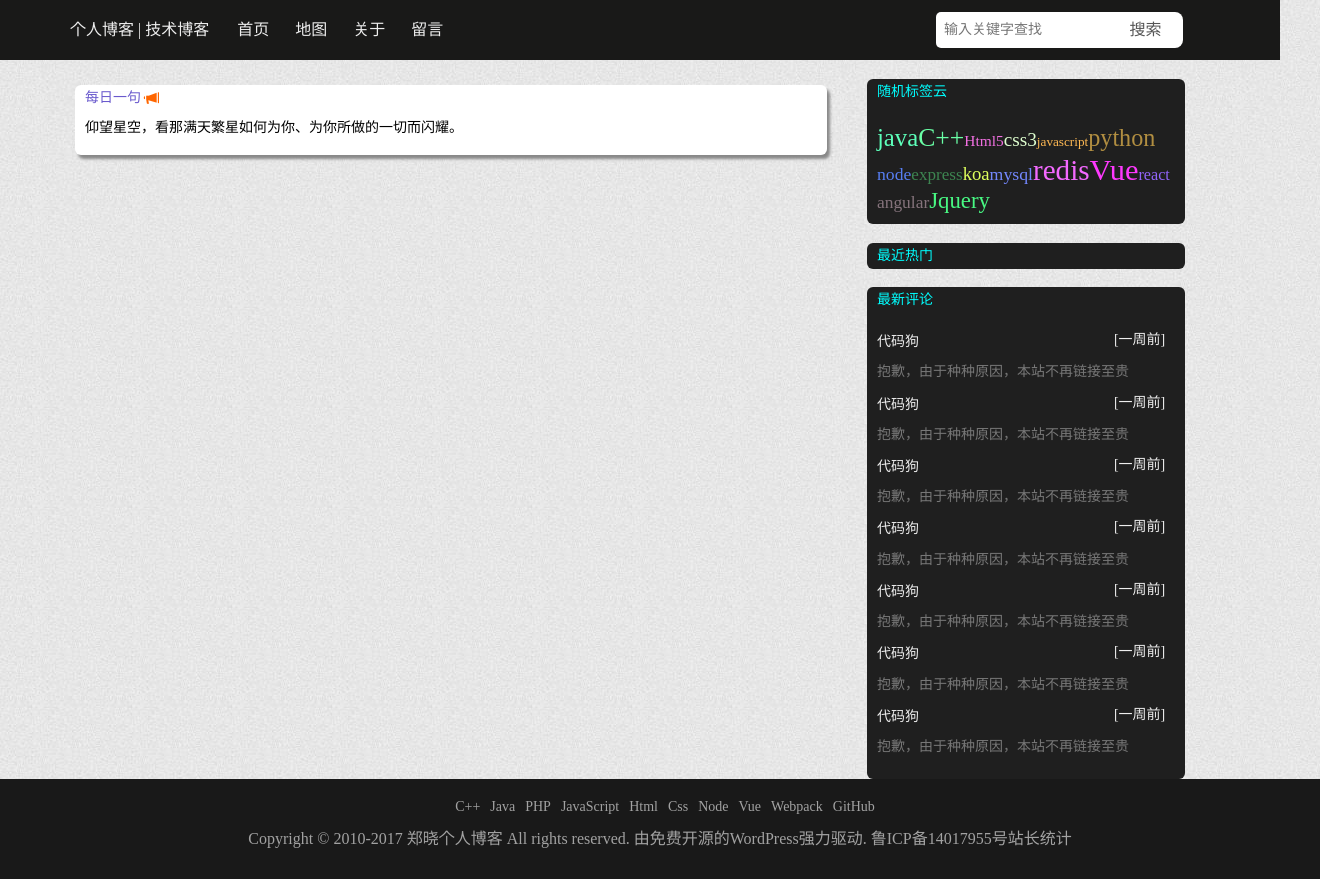
Repository: li1214/my_blog
Page: page/index.html
These files come from the project's save history. The page is drawn as it stood at one moment and after the next save; the edit follows.
The browser window is 1280 px wide. The page is 1320 px wide, so the pictures cover 1320 px, including what lies to the right of the window. The pictures show the whole page.
The page's requests for data from a server got no answer.

Above is the page before, as saved 2019-01-08 16:45:58.

### page/index.html
<!DOCTYPE html>
<html lang="en">
  <head>
    <meta charset="UTF-8" />
    <meta name="viewport" content="width=device-width, initial-scale=1.0" />
    <meta http-equiv="X-UA-Compatible" content="ie=edge" />
    <title>个人博客</title>
    <link href="./css/base.css" rel="stylesheet" type="text/css" />
    <link href="./css/index.css" rel="stylesheet" type="text/css" />
    <script src='./js/vue.js'></script>
    <script src='./js/axios.min.js'></script>
  </head>
  <body>
    <header>
      <div class="container">
        <a>个人博客 | 技术博客</a>
        <ul>
          <li><a href="">首页</a></li>
          <li><a href="">地图</a></li>
          <li><a href="">关于</a></li>
          <li><a href="">留言</a></li>
        </ul>
        <div class="search">
          <input type="text" placeholder="输入关键字查找" />
          <button>搜索</button>
        </div>
      </div>
    </header>
    <div class="content">
      <div class="content-left">
        <div class="every-day" id='every_day'>
          <span>每日一句</span>
          <p v-html='content'></p>
        </div>
        <div class="blog-list" id='blogList'>
          <div class="blog" v-for='item in list' :key='item.id'>
            <a><h3>{{item.title}}</h3></a>
            <p>{{item.content}}</p>
            <div class="blog-foot">
              发布于{{item.ctime}} | 浏览({{item.views}}) | Tags：{{item.tags | tagfliter}}</template>
            </div>
          </div>
        </div>
      </div>
      <div class="content-right" id='random_tags' >
        <div class="right-box">
          <h4 :style='{color:color}'>随机标签云</h4>
          <div class="contents">
            <a v-for = 'tag in tags' v-bind:style='{color:randomColor(),fontSize:randomSize()}'>{{tag}}</a>
          </div>
        </div>
        <div class="right-box" style="padding-bottom: 0;">
          <h4 :style='{color:color}'>最近热门</h4>
          {{msg}}
          <div class="contents">
            <ul class="list-group">
              <li class="list-group-item" v-for='item in hots' :key='item.id'>
                <a :href="item.link"
                  >{{item.title}}</a
                >
              </li>

            </ul>
          </div>
        </div>
        <div class="right-box">
          <h4 :style='{color:color}'>最新评论</h4>
          <div class="contents">
            <div class='item' v-for ='item in comments'>
                <div class='item-title'>
                    <span>{{item.name}}</span>
                    <span class='spanr'>[{{item.date}}]</span>
                </div>
                <p class='item-comtebt'>
                    {{item.text}}
                </p>
            </div>

          </div>
        </div>
      </div>
    </div>
    <footer>
        <ul>
            <li>C++</li>
            <li>Java</li>
            <li>PHP</li>
            <li>JavaScript</li>
            <li>Html</li>
            <li>Css</li>
            <li>Node</li>
            <li>Vue</li>
            <li>Webpack</li>
            <li>GitHub</li>
        </ul>
        <p>Copyright © 2010-2017 郑晓个人博客 All rights reserved. 由免费开源的WordPress强力驱动. 鲁ICP备14017955号站长统计</p>
    </footer>
    <script src='./js/index.js'></script>
    <script src='./js/base.js'></script>
  </body>
</html>

### page/css/base.css
html {line-height: 1.15; /* 1 */-webkit-text-size-adjust: 100%; /* 2 */}
body {margin: 0;}
@font-face{
    font-family: 'myicon';
    src: url('../font/glyphicons-halflings-regular.woff2')
}
ul{padding: 0}
main {
  display: block;
}
h1 {
  font-size: 2em;
  margin: 0.67em 0;
}
hr {
  box-sizing: content-box; /* 1 */
  height: 0; /* 1 */
  overflow: visible; /* 2 */
}
pre {
  font-family: monospace, monospace; /* 1 */
  font-size: 1em; /* 2 */
}
a {
  background-color: transparent;
}
abbr[title] {
  border-bottom: none; /* 1 */
  text-decoration: underline; /* 2 */
  text-decoration: underline dotted; /* 2 */
}
b,
strong {
  font-weight: bolder;
}
code,
kbd,
samp {
  font-family: monospace, monospace; /* 1 */
  font-size: 1em; /* 2 */
}
small {
  font-size: 80%;
}
sub,
sup {
  font-size: 75%;
  line-height: 0;
  position: relative;
  vertical-align: baseline;
}
sub {
  bottom: -0.25em;
}
sup {
  top: -0.5em;
}
img {
  border-style: none;
}
button,
input,
optgroup,
select,
textarea {
  font-family: inherit; /* 1 */
  font-size: 100%; /* 1 */
  line-height: 1.15; /* 1 */
  margin: 0; /* 2 */
}
button,
input { /* 1 */
  overflow: visible;
}
button,
select { /* 1 */
  text-transform: none;
}
button,
[type="button"],
[type="reset"],
[type="submit"] {
  -webkit-appearance: button;
}
button::-moz-focus-inner,
[type="button"]::-moz-focus-inner,
[type="reset"]::-moz-focus-inner,
[type="submit"]::-moz-focus-inner {
  border-style: none;
  padding: 0;
}
button:-moz-focusring,
[type="button"]:-moz-focusring,
[type="reset"]:-moz-focusring,
[type="submit"]:-moz-focusring {
  outline: 1px dotted ButtonText;
}
fieldset {
  padding: 0.35em 0.75em 0.625em;
}
legend {
  box-sizing: border-box; /* 1 */
  color: inherit; /* 2 */
  display: table; /* 1 */
  max-width: 100%; /* 1 */
  padding: 0; /* 3 */
  white-space: normal; /* 1 */
}
progress {
  vertical-align: baseline;
}
textarea {
  overflow: auto;
}

[type="checkbox"],
[type="radio"] {
  box-sizing: border-box; /* 1 */
  padding: 0; /* 2 */
}
[type="number"]::-webkit-inner-spin-button,
[type="number"]::-webkit-outer-spin-button {
  height: auto;
}

[type="search"] {
  -webkit-appearance: textfield; /* 1 */
  outline-offset: -2px; /* 2 */
}

[type="search"]::-webkit-search-decoration {
  -webkit-appearance: none;
}
::-webkit-file-upload-button {
  -webkit-appearance: button; /* 1 */
  font: inherit; /* 2 */
}
details {
  display: block;
}
summary {
  display: list-item;
}
template {
  display: none;
}
[hidden] {
  display: none;
}
a{text-decoration: none;}
/* ========================================================== css reset ========================================================== */

body {
    width: 100%;
    height: 100%;
    background-image: url(../image/bg.jpg);
    background-repeat: repeat;
    overflow-x: hidden;
}

header{
    width: 100%;
    height: 60px;
    background-color: #191918;
}
header .container {
    width:1170px;
    height: 100%;
    margin: 0 auto;
}
header .container>a{
    display: block;
    float: left;
    color: #eee;
    line-height: 60px;
    margin: 0 15px;
    font-size: 16px;
}
header .container>ul{
    float: left;
    margin: 0;
    padding: 0;
}
header .container>ul>li{
    display: inline-block;
    float: left;
}
header .container>ul>li a{
    color: #eee;
    display: inline-block;
    height: 60px;
    width: 58px;
    line-height: 60px;
    text-align: center;
}
header .container .search{
    float: right;
    height: 100%;
    position: relative;
    right: 117px;
}
header .container .search>input{
    display: inline-block;
    position: absolute;
    height: 26px;
    padding: 5px 8px;
    border-radius: 5px;
    border:none;
    outline: none;
    font-size: 14px;
    margin-top: 12px;
    left: -172px;
}
header .container .search > button{
    outline: none;
    display: inline-block;
    position: absolute;
    width: 75px;
    height: 36px;
    padding: 5px 10px;
    border-radius: 8px;
    margin-top: 12px;
    cursor: pointer;
    color: #555;
    background-color: white;
    border: none;
}
/* ============================================================== header end ===================================================================== */
.content {
    width: 1170px;
    margin: 0 auto;
    position: relative;
    overflow: hidden;
}
.content .content-left{
    float: left;
    width: 66%;
    box-sizing: border-box;
    padding: 0 20px;
}
.content .content-right{
    float: right;
    width: 34%;
    box-sizing: border-box;
}
.right-box{
    background-color: #1f1f1f;
    margin-top: 20px;
    width: 80%;
    margin: 0 auto;
    box-sizing: border-box;
    border-radius: 6px;
    padding-bottom: 10px;
}
.right-box>h4 {
    color: #f4f4f4;
    font-weight: normal;
    padding: 5px 10px;
    font-size: 14px;
}
.right-box .contents{
    color: #eee;
    padding: 0 10px 0px 10px;
}
/* .right-box .contents a::after{
    display: block;
    content: '';
    overflow: hidden;
    clear: both;
    position: absolute;
} */
.right-box .contents>a{
    display: inline-block;
}
.right-box .contents li{
    width: 100%;
    list-style: none;
    white-space:nowrap;
    overflow: hidden;
   text-overflow: ellipsis;
    border-top:1px solid #555;
}
.right-box .contents li a{
    font-size: 14px;
    display: inline-block;
    color: #eee;
    padding: 10px 0;
    transition: color 0.5s;
}
.right-box .contents li a:hover{
  color: #337ab7;
}
.right-box .item .item-title{position: relative;}
.right-box .item .item-title span{display: inline-block;font-size: 14px;font-weight: normal;}
.right-box .item .item-title span.spanr{
    position: absolute;
    right: 10px;
}
.right-box .item > p{color: #777;font-size: 14px;transition: color 0.5s;cursor: pointer;}
.right-box .item > p:hover{color: #337ab7}


/* =====================================================================  footer start ================================================================= */

footer{
    width: 100%;
    height: 60px;
    background: #191919;
    text-align: center;
    padding: 20px;
}
footer ul{
    display: inline-block;
    margin:  0 auto;
    text-align: center;
}
footer ul li{
    display: inline-block;
    color: #a2a2a2;
    float: left;
    font-size: 14px;
    margin-left: 10px;
    cursor: pointer;
    text-align: center;
}
footer p {
    margin-top: 10px;
    color: #a2a2a2;
}
/* ================================================================= 发布留言的样式 ================================================================== */
.subly{
  width: 100%;
  box-sizing: border-box;
  padding: 20px;
  margin-bottom: 20px;
}
.subly input{
  border-radius: 3px;
  padding: 8px 8px;
  outline: none;
  border:1px solid #ddd;
  font-size: 14px;
  width: 200px;;
}
.subly button{
  background-color: #fff;
  color: #191919;
  padding: 8px 20px;
  outline: none;
  border: 1px solid #ddd;
  border-radius: 3px;
  font-size: 14px;
  cursor: pointer;
  transition: color 0.5s;
}
.subly button:hover{background-color: #ddd;}
.subly textarea{
  display: inline-block;
  width: 100%;
  box-sizing: border-box;
  min-height: 80px;
  border:1px solid #ddd;
  padding: 10px;
  font-size: 14px;
}
.subly > form > div{
  margin: 10px 0;
}
.subly .codeimg{
    width: 120px;
    height: 29.5px;
    position: relative;
    top: 10px;
    border-radius: 3px;
}

### page/css/index.css

.every-day{
    background-color: white;
    text-align: left;
    width: 100%;
    border-radius: 6px;
    padding: 5px 10px;
    box-shadow: 3px 4px 3px #888;
    margin-top: 25px;
}
.every-day span::before{
    font-family: myicon;
    content:'\e122';
    font-size: 14px;
    color: #f60;
    position: absolute;
    display: block;
    left: 90px;
}
.every-day > span{
    font-size: 14px;
    display: block;
    margin-bottom: 5px;
    color: slateblue;
}
.every-day > p{
   font-size: 14px;
}

.blog-list{
    width: 100%;
    position: relative;
}
.blog-list .blog{
    width: 100%;
    border:1px solid #333;
    border-radius: 6px;
    box-sizing: border-box;
    margin-top: 20px;
    box-shadow: 2px 2px 2px #333;
}
.blog-list .blog h3 {
    padding: 0 10px;
    color: #13102b;
    transition: color 0.5s;
}
.blog-list .blog h3:hover{color: #337ab7;cursor: pointer;}
.blog-list .blog p{padding: 0 10px;font-size: 14px;color: #1f1f1f;}
.blog-list .blog .blog-foot{
    background-color: #1f1f1f;
    padding: 5px 10px;
    color: #eee;
    font-size: 14px;
}

### page/js/index.js
var everyDay = new Vue({
  el: "#every_day",
  data() {
    return {
      content: "仰望星空，看那满天繁星如何为你、为你所做的一切而闪耀。",
    };
  },
  created() {
    axios.get("/getEveryday").then(res => {
      if(res.status == 200){
        this.content = res.data.data[0]['content']
      }
    });
  },
});

var blogList = new Vue({
  el: "#blogList",
  data() {
    return {
      page:1,
      pagesize:5,
      list: []
    };
  },
  created() {
    axios.get('/getBlog?page=' + this.page + '&pagesize=' + this.pagesize).then(res => {
      if(res.status == '200'){
        this.list = res.data.data
      }
    })
    console.log(this.list)
  },
  filters: {
    tagfliter(d) {
      return d.replace(/\,/g,' ')
    }
  }
});

### page/js/base.js
var randomTags = new Vue({
  el: "#random_tags",
  data() {
    return {
      tags: [
        "java",
        "C++",
        "Html5",
        "css3",
        "javascript",
        "python",
        "node",
        "express",
        "koa",
        "mysql",
        "redis",
        "Vue",
        "react",
        "angular",
        "Jquery"
      ],
        hots: [],
        comments:[
            { id: 1, name: '代码狗', text:'抱歉，由于种种原因，本站不再链接至贵',date:'一周前'},
            { id: 2, name: '代码狗', text: '抱歉，由于种种原因，本站不再链接至贵', date: '一周前' },
            { id: 3, name: '代码狗', text: '抱歉，由于种种原因，本站不再链接至贵', date: '一周前' },
            { id: 4, name: '代码狗', text: '抱歉，由于种种原因，本站不再链接至贵', date: '一周前' },
            { id: 5, name: '代码狗', text: '抱歉，由于种种原因，本站不再链接至贵', date: '一周前' },
            { id: 6, name: '代码狗', text: '抱歉，由于种种原因，本站不再链接至贵', date: '一周前' },
            { id: 7, name: '代码狗', text: '抱歉，由于种种原因，本站不再链接至贵', date: '一周前' },
        ],
      c_a: 0,
      color: "rgb(0,255,255)",
      timer: null
    };
  },
  created() {
    axios.get("/getHotBlog").then(res => {
      if(res.status == 200){
        this.hots = res.data.data
      }
    });
  },
  computed: {
    randomColor() {
      return function() {
        var red = Math.random() * 255 + 50;
        var green = Math.random() * 255 + 50;
        var blue = Math.random() * 255 + 50;
        var a = Math.random();
        return "rgba(" + red + " ," + green + "," + blue + ")";
      };
    },
    randomSize() {
      return function() {
        return Math.random() * 20 + 12 + "px";
      };
    }
  },
  methods: {
    changeColor() {
      this.c_a += 10;
      if (this.c_a > 255) {
        this.c_a = 0;
      }
      this.color = `rgba(${this.c_a},255,255)`;
    }
  }
});

Loaded but not shown: page/js/vue.js (library); page/js/axios.min.js (library)

After the next save:
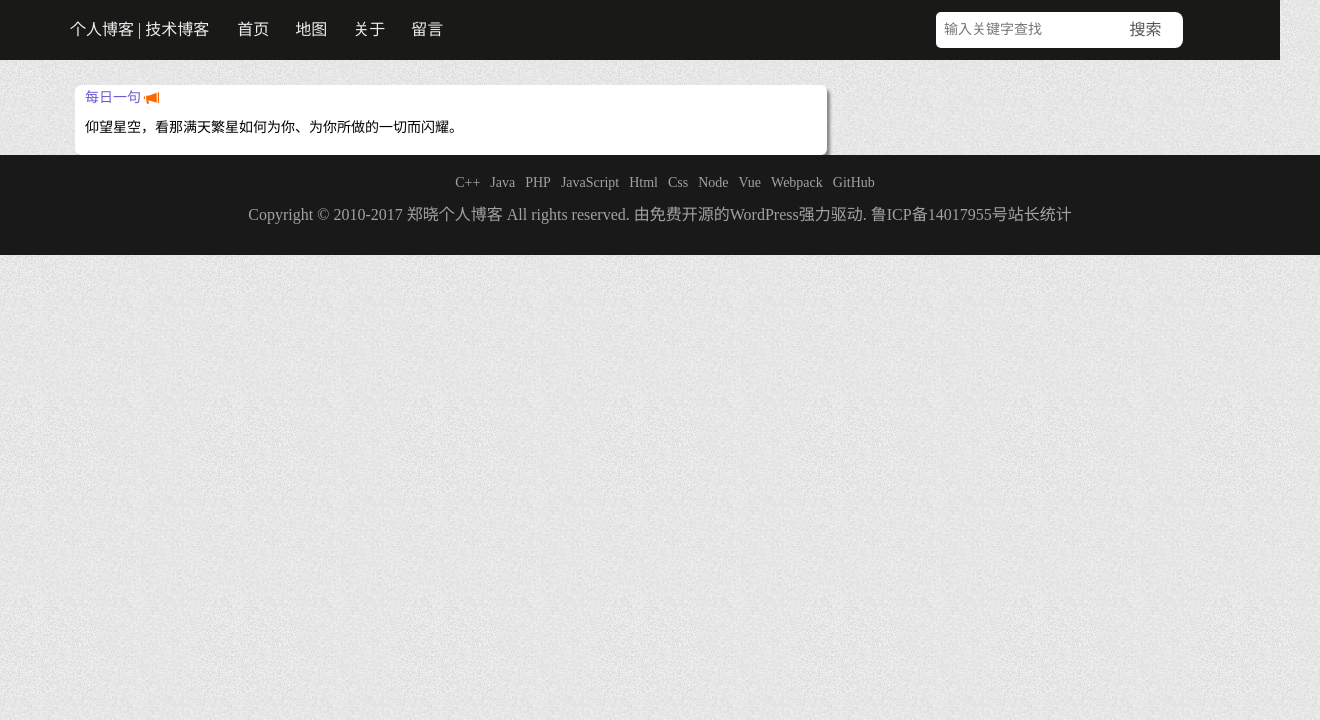
Saved 115 s later.
--- a/page/index.html
+++ b/page/index.html
@@ -55,7 +55,7 @@
           <div class="contents">
             <ul class="list-group">
               <li class="list-group-item" v-for='item in hots' :key='item.id'>
-                <a :href="item.link"
+                <a :href="/blog?id=item.id"
                   >{{item.title}}</a
                 >
               </li>

After the save that followed:
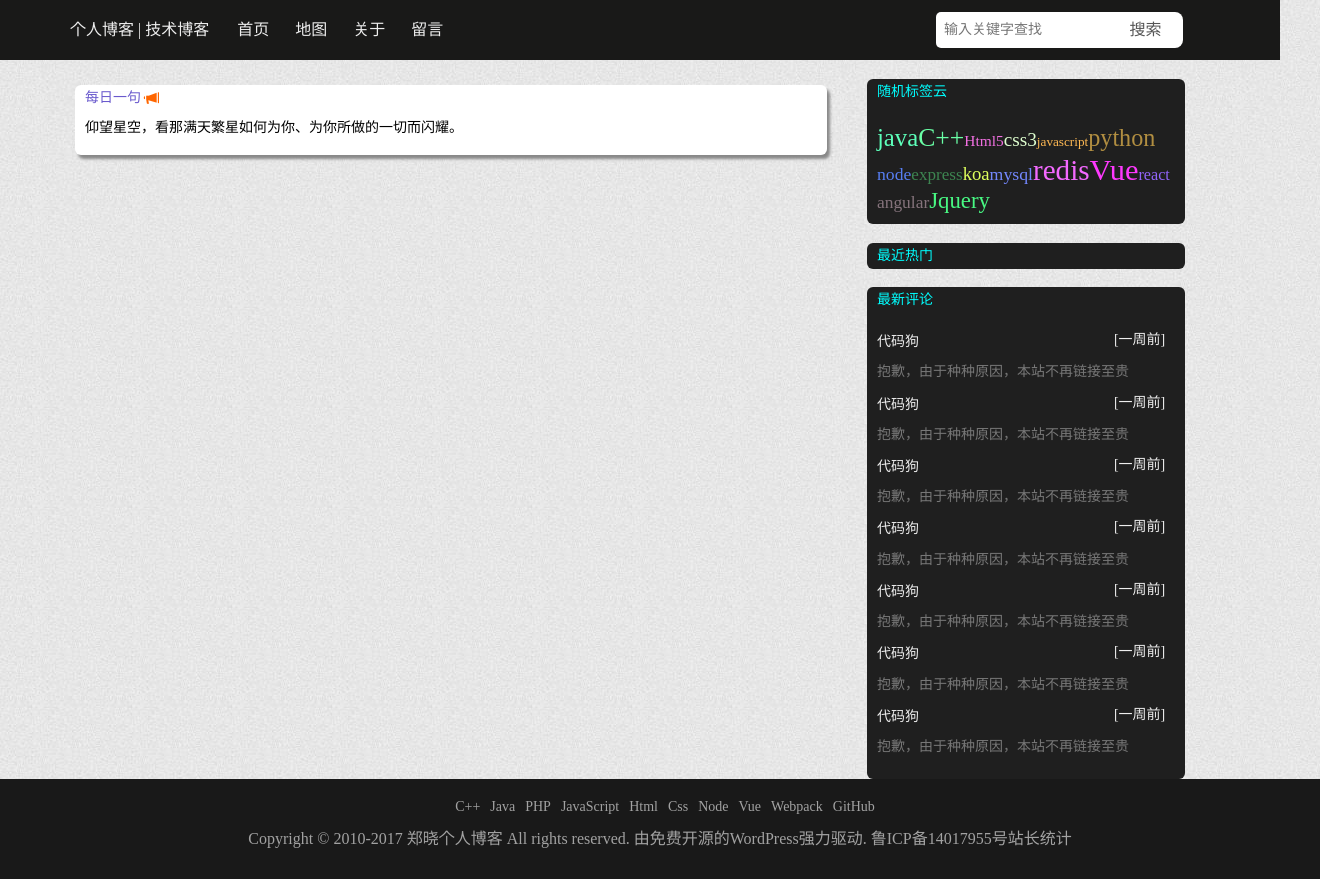
Saved 34 s later.
--- a/page/index.html
+++ b/page/index.html
@@ -55,7 +55,7 @@
           <div class="contents">
             <ul class="list-group">
               <li class="list-group-item" v-for='item in hots' :key='item.id'>
-                <a :href="/blog?id=item.id"
+                <a :href="item.id"
                   >{{item.title}}</a
                 >
               </li>
